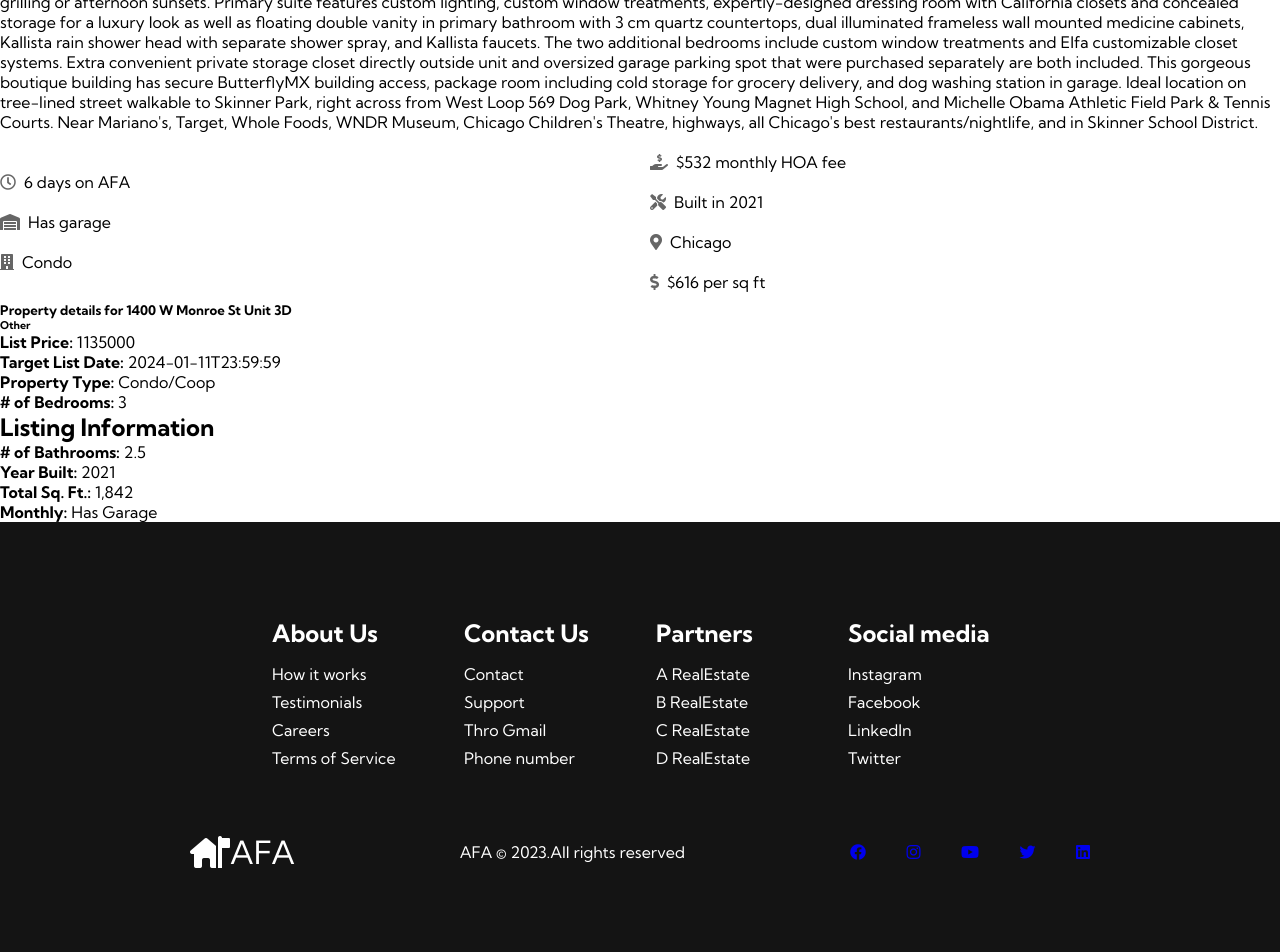
Repository: MrAllin1/ProgWWW_23_Gr1
Page: pages/Apartment1.html
An editor plug-in stored every save of this project. The page is shown before and after the next save, followed by the edit.
The browser window is 1280 px wide. The pictures show the part of the page from y = 777 to 1729 px (the page is 1729 px tall before and 1713 px after).
A picture or video elsewhere on the page could not be fetched, so the positions and the page height are approximate. Some web libraries are served in a nearby version.

Above is the page before, as saved 2024-01-11 02:31:38.

### pages/Apartment1.html
<!DOCTYPE html>
<html lang="en">
<head>
    <meta charset="UTF-8">
    <meta name="viewport" content="width=device-width, initial-scale=1.0">
    <link rel="stylesheet" type="text/css" href="../pages/stylesForHouse.css">
    <script src="https://kit.fontawesome.com/186711ed6a.js" crossorigin="anonymous"></script>
    <link rel="preconnect" href="https://fonts.googleapis.com">
    <link rel="preconnect" href="https://fonts.gstatic.com" crossorigin>
    <link href="https://fonts.googleapis.com/css2?family=Kumbh+Sans:wght@400;700&display=swap" rel="stylesheet">
    <link rel="stylesheet" href="https://cdnjs.cloudflare.com/ajax/libs/font-awesome/5.15.1/css/all.min.css">
    <title>Apartment on Chicago</title>
</head>
<body>
    <nav class="navbar">
        <div class="navbar_container">
            <a href="/" id="navbar_logo"> <i class="fas fa-house-flag"></i>AFA</a>
            <div class="navbar_toggle" id="mobile-menu">
                <span class="bar"></span>
                <span class="bar"></span>
                <span class="bar"></span>
            </div>
            <ul class="navbar_menu">
                <li class="navbar_item">
                    <a href="#home" class="navbar_link">Home</a>
                </li>
                <li class="navbar_item">
                    <a href="#services" class="navbar_link">Services</a>
                </li>
                <li class="navbar_item">
                    <a href="/pages/BuyRent.html" class="navbar_link">Buy/Rent</a>
                </li>
                <li class="navbar_item">
                    <a href="/pages/sell.html" class="navbar_link">Sell</a>
                </li>
                <li class="navbar_btn">
                    <a href="/pages/signUp.html" class="button">Sign Up</a>
                </li>
            </ul>
        </div>
    </nav>
    <div class="gallery-container">
        <h2>Welcome to the Chicago, IL 60607 Apartment</h2> </br>
        <a href="https://www.google.com/maps/place/1400+W+Monroe+St+Unit+3D,+Chicago,+IL+60607/@41.8921309,-87.6437649,17z/data=!3m1!4b1!4m5!3m4!1s0x880e2c022b8c54db:0xb0636704019237d3!8m2!3d41.8921309!4d-87.6415762" target="_blank" class="services_link1">1400 W Monroe St Unit 3D, Chicago, IL 60607</a> </br>
        <p>$1,135,000</p></br>
        <span> 171 square meters</span>
        <div class="gallery">
            <img src="/images/Apartment_1/item_1.jpg" alt="Image 1" />
            <img src="/images/Apartment_1/item_2.jpg" alt="Image 2" />
            <img src="/images/Apartment_1/item_3.jpg" alt="Image 3" />
            <img src="/images/Apartment_1/item_4.jpg" alt="Image 4" />
            <img src="/images/Apartment_1/item_5.JPG" alt="Image 5" />
            <img src="/images/Apartment_1/item_6.JPG" alt="Image 6" />
            <img src="/images/Apartment_1/item_7.JPG" alt="Image 7" />
            <img src="/images/Apartment_1/item_8.JPG" alt="Image 8" />
            <img src="/images/Apartment_1/item_9.JPG" alt="Image 9" />
            <img src="/images/Apartment_1/item_10.jpg" alt="Image 10" />
            <img src="/images/Apartment_1/item_11.jpg" alt="Image 11" />
            <img src="/images/Apartment_1/item_12.jpg" alt="Image 12" />
            <img src="/images/Apartment_1/item_13.jpg" alt="Image 13" />
            <img src="/images/Apartment_1/item_14.jpg" alt="Image 14" />
            <img src="/images/Apartment_1/item_15.JPG" alt="Image 15" />
            <img src="/images/Apartment_1/item_16.jpg" alt="Image 16" />
            <img src="/images/Apartment_1/item_17.jpg" alt="Image 17" />
            <img src="/images/Apartment_1/item_18.jpg" alt="Image 18" />
            <img src="/images/Apartment_1/item_19.jpg" alt="Image 19" />
            <img src="/images/Apartment_1/item_20.jpg" alt="Image 20" />
            <img src="/images/Apartment_1/item_21.jpg" alt="Image 21" />
            <img src="/images/Apartment_1/item_22.jpg" alt="Image 22" />
          </div>

          <button class="arrow-button left">&#8249;</button>
          <button class="arrow-button right">&#8250;</button>
          <p> About this home
            Stunning 3Bed/2.5Bath corner condo in the gorgeous, newer construction 1400 W Monroe Residences!
            Distinctly upgraded unit includes hardwood floors throughout, custom designed kitchen by Mojo Stumer
            with 3 cm quartz countertops, beautiful custom cabinetry, custom built-in Thermador appliances & Bosch
            dishwasher, sleek pendants & undercabinet kitchen lighting. Additional features include custom recessed
            lighting, Lutron Caseta Wireless Lighting Technology package with thermostat controls, RH dining light
            fixture, oversized black framed windows with custom remote shades in living/dining area, and private
            covered weather resistant balcony to enjoy grilling or afternoon sunsets. Primary suite features custom
            lighting, custom window treatments, expertly-designed dressing room with California closets and concealed
            storage for a luxury look as well as floating double vanity in primary bathroom with 3 cm quartz countertops,
            dual illuminated frameless wall mounted medicine cabinets, Kallista rain shower head with separate shower spray,
            and Kallista faucets. The two additional bedrooms include custom window treatments and Elfa customizable closet
            systems. Extra convenient private storage closet directly outside unit and oversized garage parking spot that
            were purchased separately are both included. This gorgeous boutique building has secure ButterflyMX building
            access, package room including cold storage for grocery delivery, and dog washing station in garage. Ideal
            location on tree-lined street walkable to Skinner Park, right across from West Loop 569 Dog Park, Whitney
            Young Magnet High School, and Michelle Obama Athletic Field Park & Tennis Courts. Near Mariano's, Target,
            Whole Foods, WNDR Museum, Chicago Children's Theatre, highways, all Chicago's best restaurants/nightlife,
            and in Skinner School District.</p>
    </div>
</br>
    <div class="property-features">
      <div class="feature">
        <i class="far fa-clock"></i> 6 days on AFA
      </div>
      <div class="feature">
        <i class="fas fa-warehouse"></i> Has garage
      </div>
      <div class="feature">
        <i class="fas fa-building"></i> Condo
      </div>
      <div class="feature">
        <i class="fas fa-hand-holding-usd"></i> $532 monthly HOA fee
      </div>
      <div class="feature">
        <i class="fas fa-tools"></i> Built in 2021
      </div>
      <div class="feature">
        <i class="fas fa-map-marker-alt"></i> Chicago
      </div>
      <div class="feature">
        <i class="fas fa-dollar-sign"></i> $616 per sq ft
      </div>
    </div>

    <div class="container">
        <h5>Property details for 1400 W Monroe St Unit 3D</h5>

        <div class="details">
          <div class="section">
            <h6>Other</h6>
            <ul>
              <li><strong>List Price:</strong> 1135000</li>
              <li><strong>Target List Date:</strong> 2024-01-11T23:59:59</li>
              <li><strong>Property Type:</strong> Condo/Coop</li>
              <li><strong># of Bedrooms:</strong> 3</li>
            </ul>
          </div>

          <div class="section right">
            <h2>Listing Information</h2>
            <ul>
              <li><strong># of Bathrooms:</strong> 2.5</li>
              <li><strong>Year Built:</strong> 2021</li>
              <li><strong>Total Sq. Ft.:</strong> 1,842</li>
              <li><strong>Monthly:</strong> Has Garage</li>
            </ul>
          </div>
        </div>
      </div>

    <div class="footer_container">
        <div class="footer_links">
            <div class="footer_link-wrapper">
                <div class="footer_link-items">
                    <h2>About Us</h2>
                    <a href="/">How it works</a>
                    <a href="/">Testimonials</a>
                    <a href="/">Careers</a>
                    <a href="/">Terms of Service</a>
                </div>
                <div class="footer_link-items">
                    <h2>Contact Us</h2>
                    <a href="/">Contact</a>
                    <a href="/">Support</a>
                    <a href="/">Thro Gmail</a>
                    <a href="/">Phone number</a>
                </div>
            </div>
            <div class="footer_link-wrapper">
                <div class="footer_link-items">
                    <h2>Partners</h2>
                    <a href="/">A RealEstate</a>
                    <a href="/">B RealEstate</a>
                    <a href="/">C RealEstate</a>
                    <a href="/">D RealEstate</a>
                </div>
                <div class="footer_link-items">
                    <h2>Social media</h2>
                    <a href="https://www.instagram.com" target="_blank">Instagram</a>
                    <a href="https://www.facebook.com" target="_blank">Facebook</a>
                    <a href="https://www.linkedin.com" target="_blank">LinkedIn</a>
                    <a href="https://www.twitter.com" target="_blank">Twitter</a>
                </div>
            </div>
        </div>
        <div class="social_media">
            <div class="social_media-wrap">
                <div class="footer_logo">
                    <a href="/" id="footer_logo"> <i class="fas fa-house-flag"></i>AFA</a>
                </div>
                <p class="website_rights">AFA © 2023.All rights reserved</p>
                <div class="social_icons">
                    <a href="/" class="social_icon_link" target="_blank"><i class="fab fa-facebook"></i></a>
                    <a href="https://www.instagram.com" class="social_icon_link" target="_blank"><i class="fab fa-instagram"></i></a>
                    <a href="https://www.facebook.com" class="social_icon_link" target="_blank"><i class="fab fa-youtube"></i></a>
                    <a href="https://www.twitter.com" class="social_icon_link" target="_blank"><i class="fab fa-twitter"></i></a>
                    <a href="https://www.linkedin.com" class="social_icon_link" target="_blank"><i class="fab fa-linkedin"></i></a>
                </div>
            </div>
        </div>
    </div>

    <script src="../app.js"></script>

</body>
</html>

Loaded but not shown: app.js (155 lines, source omitted); pages/stylesForHouse.css (698 lines, source omitted)

After the next save:
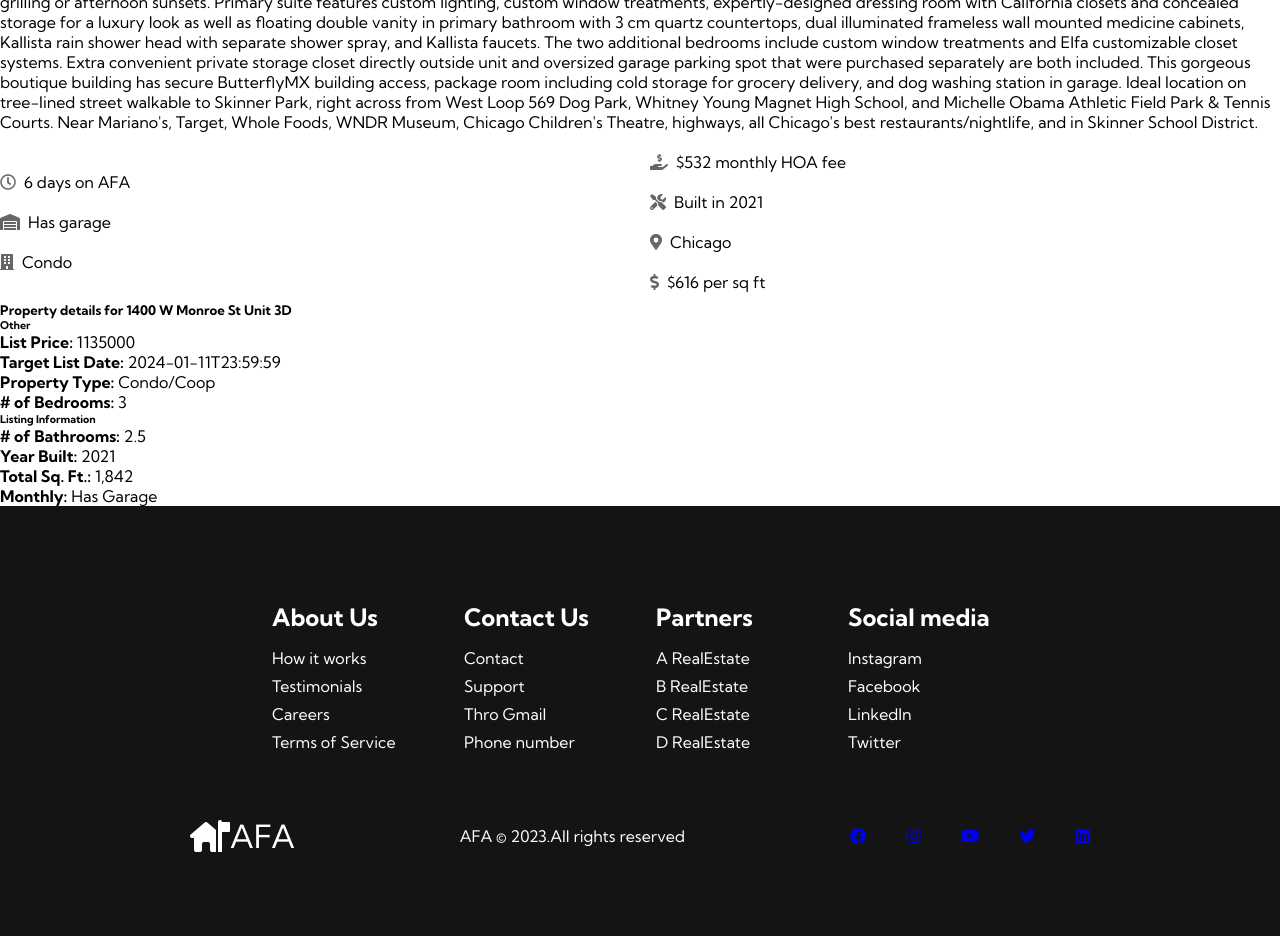
Saved 24 s later.
--- a/pages/Apartment1.html
+++ b/pages/Apartment1.html
@@ -131,7 +131,7 @@
           </div>
 
           <div class="section right">
-            <h2>Listing Information</h2>
+            <h6>Listing Information</h6>
             <ul>
               <li><strong># of Bathrooms:</strong> 2.5</li>
               <li><strong>Year Built:</strong> 2021</li>
